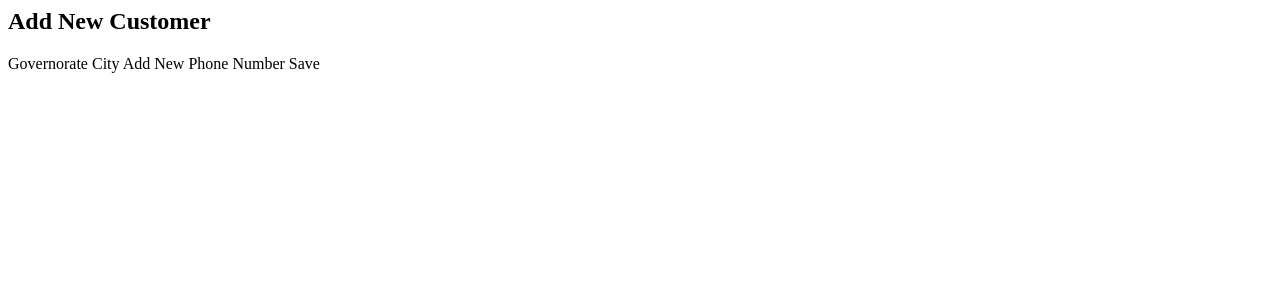
Repository: MagdyIYounis/Project-EDelivery
Page: ForntEnd/src/js/views/customers.html
The author's editor kept a copy of each file at every save. The page is drawn from the files as they stood at one save, then again after the next save.
The browser window is 1280 px wide. The pictures show the whole page.

Above is the page before, as saved 2020-06-24 21:04:10.

### ForntEnd/src/js/views/customers.html
<!--
 Copyright (c) 2014, 2020, Oracle and/or its affiliates.
 The Universal Permissive License (UPL), Version 1.0
 -->
<div class="oj-hybrid-padding">
  <h2>Add New Customer</h2>
  <oj-form-layout max-columns="3" direction="row">
    <oj-input-text
      label-hint="Code Customer"
      disabled="true"
      value="0000"
    ></oj-input-text>
    <oj-input-text
      label-hint="Name Customer"
      autocomplete="off"
      validators="[[valid_Name]]"
    ></oj-input-text>
    <oj-label for="Governorate">Governorate</oj-label>
    <oj-combobox-one
      id="Governorate"
      value="{{val_Country}}"
      on-value-changed="[[valueChangeCountry]]"
      options="{{Country_Op}}"
      style="max-width: 18.1em;"
    >
    </oj-combobox-one>
    <oj-label for="City">City</oj-label>
    <oj-combobox-one
      id="City"
      value="{{val_City}}"
      options="{{City_Op}}"
      style="max-width: 18.1em;"
    >
    </oj-combobox-one>

    <oj-input-number
      id="District_Number"
      aria-label="District_Number"
      label-hint="District Number"
      min="1"
    ></oj-input-number>

    <oj-input-number
      id="Neighboring_Number"
      aria-label="Neighboring_Number"
      label-hint="Neighboring Number"
      min="1"
    ></oj-input-number>

    <oj-input-number
      id="Block_Number"
      aria-label="Block_Number"
      label-hint="Block Number"
      min="1"
    ></oj-input-number>

    <oj-input-number
      id="Floor_Number"
      aria-label="Floor_Number"
      label-hint="Floor Number"
      min="1"
    ></oj-input-number>

    <oj-input-number
      id="Flat_Number"
      aria-label="Flat_Number"
      label-hint="Flat Number"
      min="0"
    ></oj-input-number>
    <oj-text-area
      id="info"
      label-hint="Info"
      rows="2"
      autocomplete="off"
      validators="[[valid_Name]]"
      value=""
    >
    </oj-text-area>
    <oj-label for="Phone">Add New Phone Number</oj-label>
    <oj-combobox-many
      id="Phone"
      on-value-changed="[[valueChangeHandler]]"
      value="{{Phone}}"
      messages-custom="{{error}}"
      style="max-width: 20em;"
    >
    </oj-combobox-many>
    <oj-button
      id="Save"
      on-oj-action="[[Save]]"
      class="but-Style oj-button-primary"
    >
      Save
    </oj-button>
  </oj-form-layout>
  <oj-table
    id="table"
    aria-label="Customer Table"
    data="[[dataprovider]]"
    selection-mode='{"row": "multiple", "column": "multiple"}'
    dnd='{"reorder": {"columns": "enabled"}}'
    scroll-policy="loadMoreOnScroll"
    scroll-policy-options='{"fetchSize": 10}'
    columns='[{"headerText": "Customer Id",
              "field": "Cust_ID",
              "headerClassName": "oj-sm-only-hide",
              "className": "oj-sm-only-hide",
              "resizable": "enabled"},
            {"headerText": "Customer Name",
              "field": "Cust_Name",
              "resizable": "enabled"},
            {"headerText": "Governorate Name",
              "field": "Governorate_Name",
              "headerClassName": "oj-sm-only-hide",
              "className": "oj-sm-only-hide",
              "resizable": "enabled"},
            {"headerText": "District Number",
              "field": "District_Number",
              "resizable": "enabled"},
              {"headerText": "Neighboring Number",
              "field": "Neighboring_Number",
              "resizable": "enabled"},
              {"headerText": "Block Number",
                "field": "Block_Number",
                "resizable": "enabled"},
                {"headerText": "Floor Number",
                "field": "Floor_Number",
                "resizable": "enabled"},
                {"headerText": "Flat Number",
                  "field": "Flat_Number",
                  "resizable": "enabled"},
                  {"headerText": "Info",
                  "field": "Info",
                  "resizable": "enabled"},
                  {"headerText": "Point",
                    "field": "Point",
                    "resizable": "enabled"},
                    {"headerText": "City Name",
                    "field": "cityId",
                    "resizable": "enabled"},
                    {"headerText": "Date",
                    "field": "Date",
                    "resizable": "enabled"}]'
    style="width: 100%; height: 400px;"
  >
  </oj-table>
</div>

After the next save:
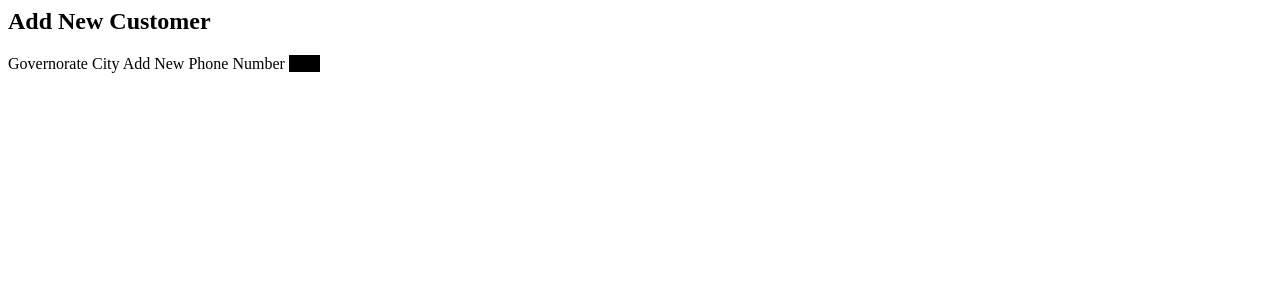
Saved 3 h 7 min later.
--- a/ForntEnd/src/js/views/customers.html
+++ b/ForntEnd/src/js/views/customers.html
@@ -89,6 +89,7 @@
       id="Save"
       on-oj-action="[[Save]]"
       class="but-Style oj-button-primary"
+      style="background-color: black;"
     >
       Save
     </oj-button>

After the save that followed:
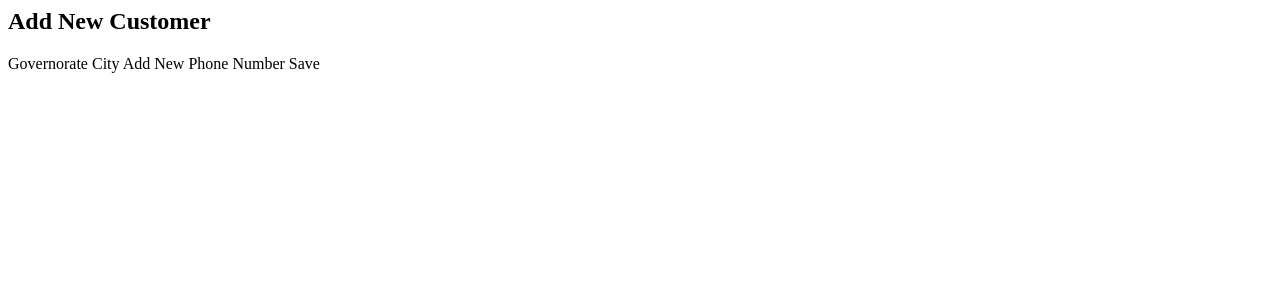
Saved 8 s later.
--- a/ForntEnd/src/js/views/customers.html
+++ b/ForntEnd/src/js/views/customers.html
@@ -89,7 +89,6 @@
       id="Save"
       on-oj-action="[[Save]]"
       class="but-Style oj-button-primary"
-      style="background-color: black;"
     >
       Save
     </oj-button>
